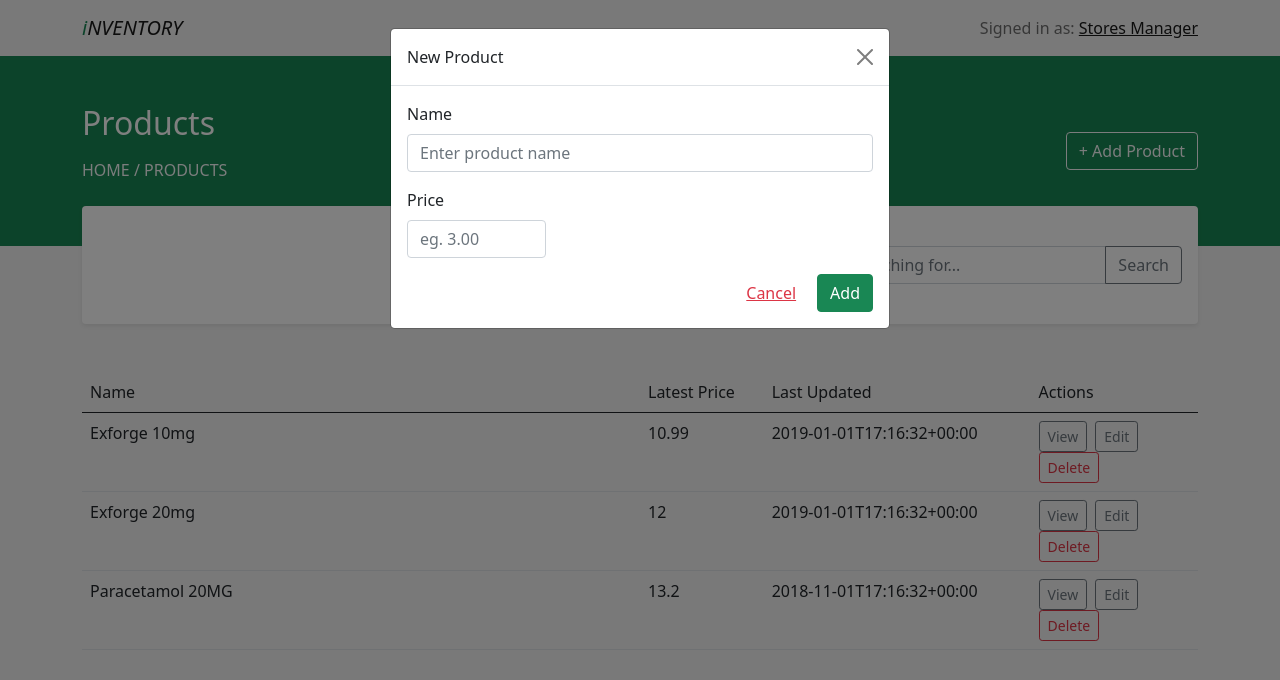
Repository: tHEO2k17/inventory-manager
Page: /, after clicking the first element matching `button.float-end`
The author's editor kept a copy of each file at every save. The page is drawn from the files as they stood at one save, then again after a run of saves.
The browser window is 1280 px wide. The pictures show the whole page.
The project was rebuilt for these pictures with package versions that can differ from the ones it lists, and the page was loaded fresh each time.

Above is the page before, as saved 2021-08-31 09:47:55.

### src/index.tsx
import React from 'react';
import ReactDOM from 'react-dom';
import './index.scss';
import App from './presentation/App';

ReactDOM.render(
  <React.StrictMode>
    <App />
  </React.StrictMode>,
  document.getElementById('root')
);

### src/index.scss
@import '~bootstrap/scss/bootstrap.scss';

body{
    background-color: #F2F2F2;
}

.mtn-40{
    margin-top: -40px;
}

### src/presentation/App.tsx
import ProductsPage from './pages/ProductsPage';

export default function App() {
  return ( <ProductsPage/> );
}

### src/presentation/pages/ProductsPage.tsx
import { Component } from "react"
import { Button, Card, Col, Container, FormControl, InputGroup, Row, Table } from "react-bootstrap";
import { mock } from "../../core/mock";
import Banner from "../components/Banner";
import Product from "../components/Product";
import ProductForm from "../components/ProductForm";
import TopBar from "../components/TopBar";

export default class ProductsPage extends Component {

    render() {
        return (
            <>
                <TopBar />
                <Banner />
                <Container>
                    <Card className="mtn-40 border-0 shadow-sm">
                        <Card.Body className="my-4">
                            <Row>
                                <Col md="4" className="offset-8">
                                    <InputGroup>
                                        <FormControl
                                            placeholder="Searching for..."
                                            aria-label="Searching for..."
                                            aria-describedby="basic-addon2"
                                        />
                                        <Button variant="outline-secondary" id="button-addon2"> Search</Button>
                                    </InputGroup>
                                </Col>
                            </Row>
                        </Card.Body>
                    </Card>
                    {/* <ProductForm /> */}
                    <Table className="mt-5">
                        <thead>
                            <tr>
                                <td width="50%">Name</td>
                                <td>Latest Price</td>
                                <td>Last Updated</td>
                                <td width="15%">Actions</td>
                            </tr>
                        </thead>
                        <tbody>
                            {
                                mock.products.map(product => <Product key={product.id} product={product} />)
                            }
                        </tbody>
                    </Table>
                </Container>
            </>
        );
    }
}

### src/core/mock.ts
export const mock = {
    "products": [
        {
            "id": 1,
            "name": "Exforge 10mg",
            "prices": [
                {
                    "id": 1,
                    "price": 10.99,
                    "date": "2019-01-01T17:16:32+00:00"
                },
                {
                    "id": 2,
                    "price": 9.20,
                    "date": "2018-11-01T17:16:32+00:00"
                }
            ]
        },
        {
            "id": 2,
            "name": "Exforge 20mg",
            "prices": [
                {
                    "id": 3,
                    "price": 12.00,
                    "date": "2019-01-01T17:16:32+00:00"
                },
                {
                    "id": 4,
                    "price": 13.20,
                    "date": "2018-11-01T17:16:32+00:00"
                }
            ]
        },
        {
            "id": 3,
            "name": "Paracetamol 20MG",
            "prices": [
                {
                    "id": 5,
                    "price": 5.00,
                    "date": "2017-01-01T17:16:32+00:00"
                },
                {
                    "id": 6,
                    "price": 13.20,
                    "date": "2018-11-01T17:16:32+00:00"
                }
            ]
        }
    ]
};

### src/presentation/components/Banner.tsx
import { useState } from "react";
import { Button, Col, Container, Modal, Row } from "react-bootstrap";
import ProductForm from "./ProductForm";

const Banner = () => {
    const [show, setShow] = useState(false);

    const handleClose = () => setShow(false);
    const handleShow = () => setShow(true);

    return (
        <>
            <section className="bg-success">
                <Container className="py-5 text-white">
                    <Row className="align-items-center">
                        <Col>
                            <h2>Products</h2>
                            <p className="text-light mt-3 fw-light fs-6">HOME / PRODUCTS</p>
                        </Col>
                        <Col>
                            <Button variant="outline-light" className="float-end" onClick={handleShow}>+ Add Product</Button>
                        </Col>
                    </Row>
                </Container>
            </section>

            <Modal show={show} onHide={handleClose}>
                <Modal.Header closeButton> New Product</Modal.Header>
                <Modal.Body><ProductForm/></Modal.Body>
            </Modal>
        </>
    );
}

export default Banner;

### src/presentation/components/Product.tsx
import { Button } from "react-bootstrap"
import moment from 'moment';

const Product = ({ product }: ProductProps) => {

    const findLatestPriceInfo = (prices: any[]): any => {
        return prices.reduce(
            (acc: any, value: any) =>
                moment(acc.date).isAfter(value.date)
                    ? acc
                    : value
        );
    }

    return (
        <tr>
            <td>{product.name}</td>
            <td>{findLatestPriceInfo(product.prices).price}</td>
            <td>{findLatestPriceInfo(product.prices).date}</td>
            <td>
                <Button size="sm" variant="outline-secondary">View</Button>
                <Button size="sm" variant="outline-secondary" className="mx-2">Edit</Button>
                <Button size="sm" variant="outline-danger">Delete</Button>
            </td>
        </tr>
    );

}

export default Product;

type ProductProps = {
    key: any,
    product: any
}

### src/presentation/components/TopBar.tsx
import { Container, Navbar } from "react-bootstrap";

const TopBar = () => {
    return (
        <Navbar>
            <Container>
                <Navbar.Brand href="#home" className="fst-italic"><span className="text-success">i</span>NVENTORY</Navbar.Brand>
                <Navbar.Toggle />
                <Navbar.Collapse className="justify-content-end">
                    <Navbar.Text>
                        Signed in as: <a href="#login">Stores Manager</a>
                    </Navbar.Text>
                </Navbar.Collapse>
            </Container>
        </Navbar>
    );
}

export default TopBar;

### src/presentation/components/ProductForm.tsx
import { Component } from "react";
import { Button, Form, Row, Col } from "react-bootstrap";

export default class ProductForm extends Component {
    // constructor(props: any) {
    //     super(props);
    // }

    render() {
        return (
            <Form>
                <Form.Group className="mb-3">
                    <Form.Label>Name</Form.Label>
                    <Form.Control type="text" placeholder="Enter product name" />
                </Form.Group>

                <Row>
                    <Form.Group as={Col} md="4" className="mb-3">
                        <Form.Label>Price</Form.Label>
                        <Form.Control type="text" placeholder="eg. 3.00" />
                    </Form.Group>
                </Row>


                <Form.Group className="text-right float-end">
                    <Button variant="link" className="me-2 text-danger">Cancel</Button>
                    <Button variant="success">Add</Button>
                </Form.Group>

            </Form>
        );
    }
}

Loaded but not shown: public/index.html (common file)

After the next 2 saves:
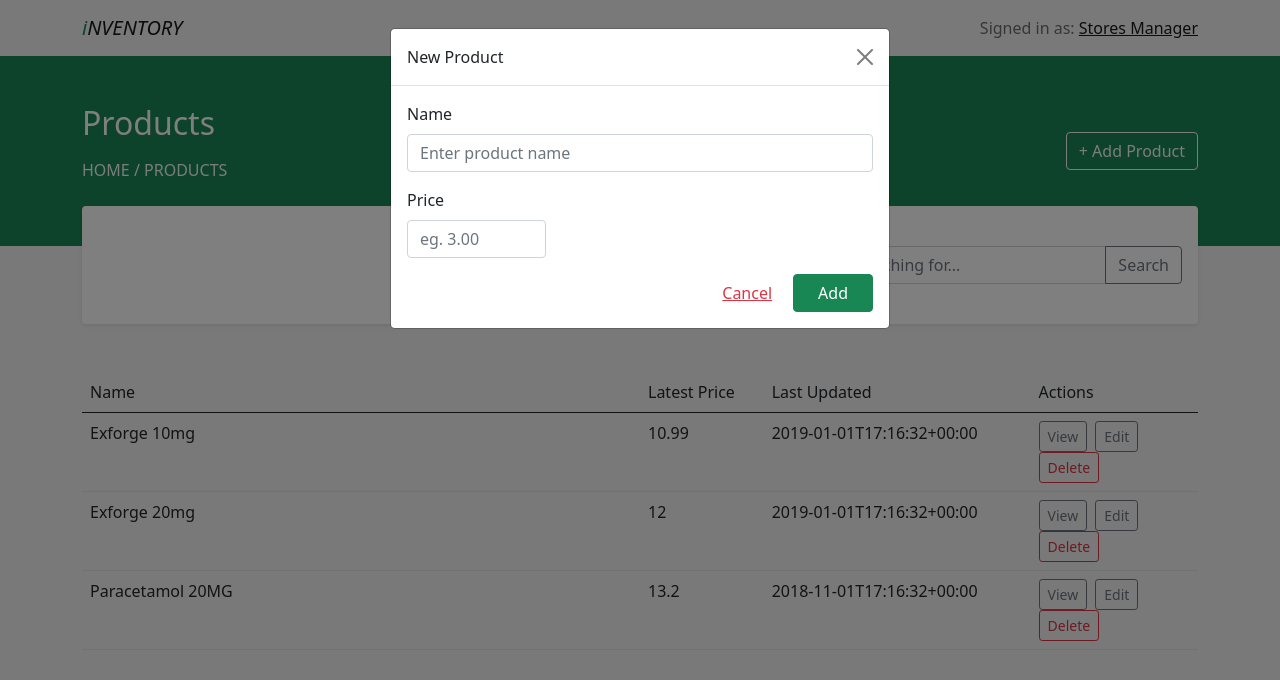
The 2 saves are shown as one change because they came seconds apart.
The last was saved 64 s later.
--- a/src/presentation/components/ProductForm.tsx
+++ b/src/presentation/components/ProductForm.tsx
@@ -24,7 +24,7 @@ export default class ProductForm extends Component {
 
                 <Form.Group className="text-right float-end">
                     <Button variant="link" className="me-2 text-danger">Cancel</Button>
-                    <Button variant="success">Add</Button>
+                    <Button variant="success" className="px-4">Add</Button>
                 </Form.Group>
 
             </Form>
